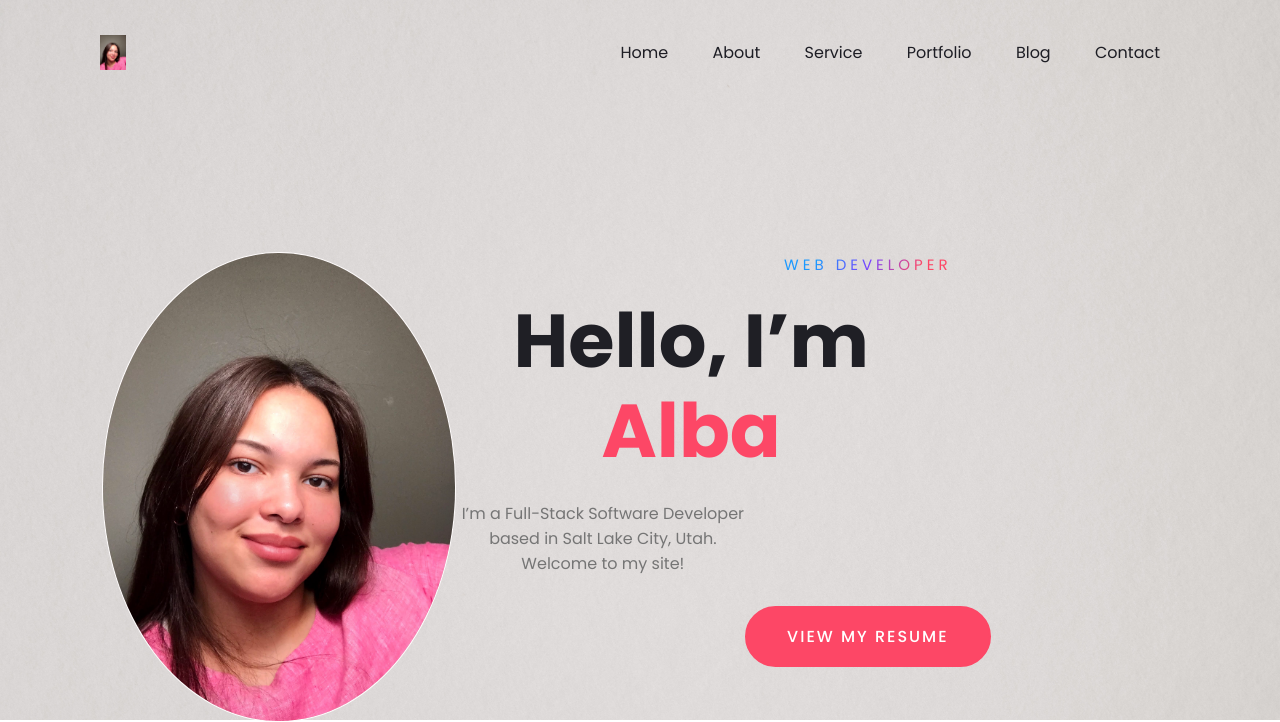
Repository: pilar122/port
Page: index.html
The author's editor kept a copy of each file at every save. The page is drawn from the files as they stood at one save, then again after the next save.
The browser window is 1280 px wide. The pictures show the whole page.

Above is the page before, as saved 2022-01-29 15:41:43.

### index.html
<!DOCTYPE html>
<html lang="en">
<head>
    <meta charset="UTF-8">
    <title>Personal Portfolio Website</title>
    <!----CSS link----->
    <link rel="stylesheet" href="style.css">
</head>
<body>
    <div class="hero">
        <nav>
            <img src="./img/ap.jpg" class="logo">
            <ul>
                <li><a href="#">Home</a></li>
                <li><a href="#">About</a></li>
                <li><a href="#">Service</a></li>
                <li><a href="#">Portfolio</a></li>
                <li><a href="#">Blog</a></li>
                <li><a href="#">Contact</a></li>
            </ul>

        </nav>
        <div class="content">
            <img src="./img/ap.JPG" class="img">
            <span class="title">Web Developer</span>
            <h1>Hello, I’m <span>Alba</span></h1>
            <p>I’m a Full-Stack Software Developer based in Salt Lake City, Utah. Welcome to my site!</p>
            <a href="https://docs.google.com/document/d/1-5NqQs53X55snoyWaPBF-iuk-xL4VE2I0psmDuApD5Q/edit?usp=sharing" class="btn"> View my Resume</a>
        </div>
    </div>
</body>
</html>

### style.css
@import url('https://fonts.googleapis.com/css2?family=Poppins:wght@400;500;600;700&display=swap');
*{
    margin: 0;
    padding: 0;
    box-sizing: border-box;
    font-family: 'Poppins', sans-serif;
}
a{
    text-decoration: none;
}
.hero{
    width: 100%;
    height: 100vh;
    background: url(img/bg1.jpg);
    background-size: cover;
}
nav{
    display: flex;
    align-items: center;
    justify-content: space-between;
    padding: 30px 100px;
}
.logo{
    max-height: 35px;
}
nav ul li{
    list-style: none;
    display: inline-block;
    padding: 10px 20px;
}
nav ul li a{
    color: #1d1d24;
    position: relative;
    padding: 5px 0;
}
nav ul li a:hover{
    color: #fd4766;
}
nav ul li a:after{
    content: "";
    position: absolute;
    left: 0;
    width: 0;
    height: 3px;
    background: #fd4766;
    transition: .3s;
    bottom: 0;
}
nav ul li a:hover:after{
    width: 100%;
}
.btn{
    color: #fff;
    font-size: 16px;
    text-transform: uppercase;
    letter-spacing: 2px;
    padding: 16px 40px;
    border-radius: 500px;
    display: inline-block;
    font-weight: 500;
    transition: all .4s ease-in-out;
    background-size: 152% 100%;
    background: #fd4766;
    border: 2px solid #fd4766;
}
.btn:hover{
    background: transparent;
    border-color: #fd4766;
    color: #fd4766;
}
.content{
    position: absolute;
    top: 35%;
    left: 8%;
    text-align: center;
}
.content .title{
    color: #1f1f25;
    font-size: 15px;
    text-transform: uppercase;
    letter-spacing: 4px;
    display: inline-block;
    margin-bottom: 20px;
    background: linear-gradient(120deg, #1c99fe 20.69%, #7644ff 50.19%,#fd4766 79.69%);
    -webkit-background-clip: text;
    -webkit-text-fill-color: transparent;
}
.content h1{
    color: #1f1f25;
    font-size: 75px;
    font-weight: 900;
    line-height: 90px;
    text-transform: inherit;
    width: 70%;
}
.content h1 span{
    color: #fd4766;
}
.content p{
    width: 55%;
    color: #757575;
    margin-top: 25px;
    margin-bottom: 30px;
}

.content .img{
    max-width: 30%;
    max-width: 30%;
    border-radius: 50%;
    float: left;
    border: 1px solid rgb(255, 252, 252);
}

After the next save:
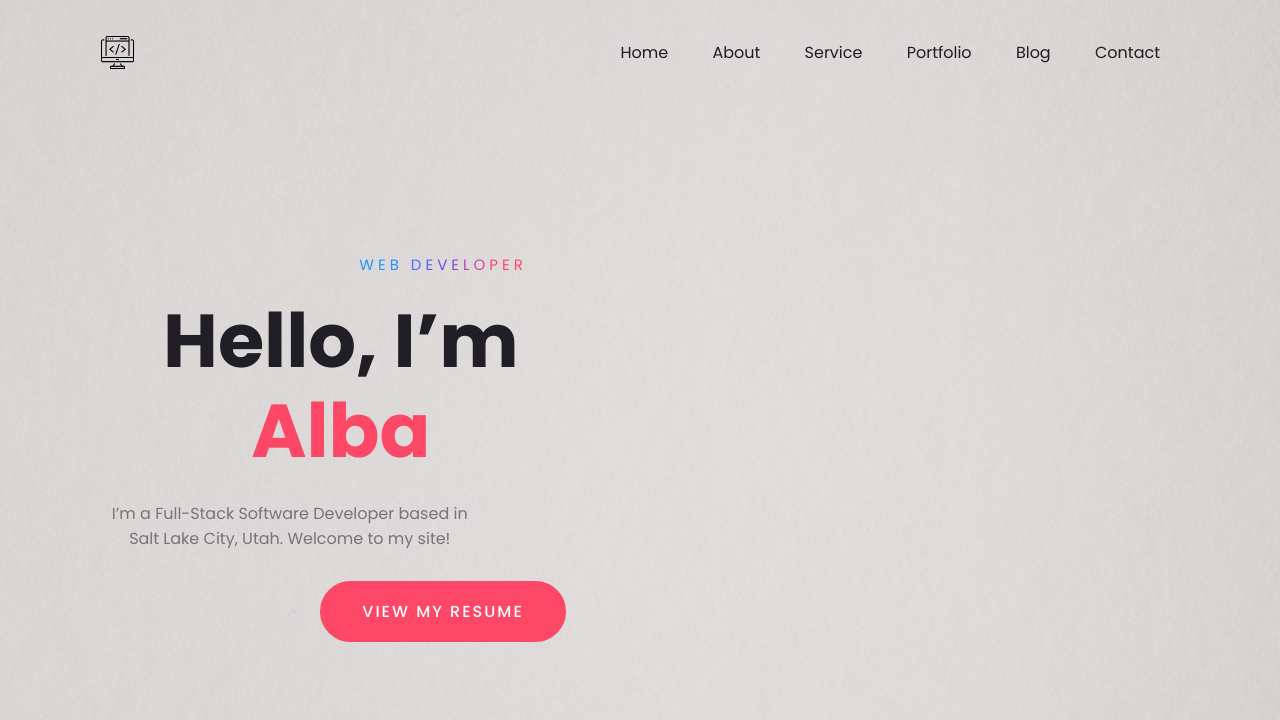
Saved 39 s later.
--- a/index.html
+++ b/index.html
@@ -9,7 +9,7 @@
 <body>
     <div class="hero">
         <nav>
-            <img src="./img/ap.jpg" class="logo">
+            <img src="./img/coding.png" class="logo">
             <ul>
                 <li><a href="#">Home</a></li>
                 <li><a href="#">About</a></li>
@@ -21,7 +21,7 @@
 
         </nav>
         <div class="content">
-            <img src="./img/ap.JPG" class="img">
+
             <span class="title">Web Developer</span>
             <h1>Hello, I’m <span>Alba</span></h1>
             <p>I’m a Full-Stack Software Developer based in Salt Lake City, Utah. Welcome to my site!</p>
